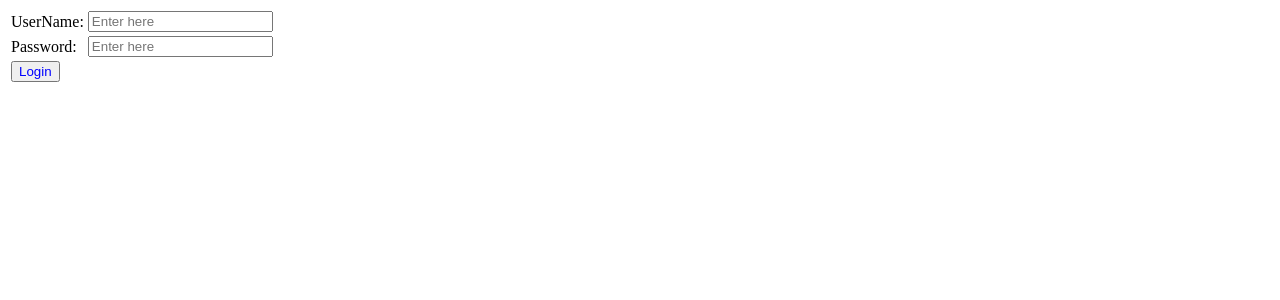
Repository: KnOX-07/eclipse-workspace
Page: WelcomeServ/src/main/webapp/index.html
These files come from the project's save history. The page is drawn as it stood at one moment and after the next save; the edit follows.
The browser window is 1280 px wide. The pictures show the whole page.

Above is the page before, as saved 2024-08-08 12:10:28.

After the next save:
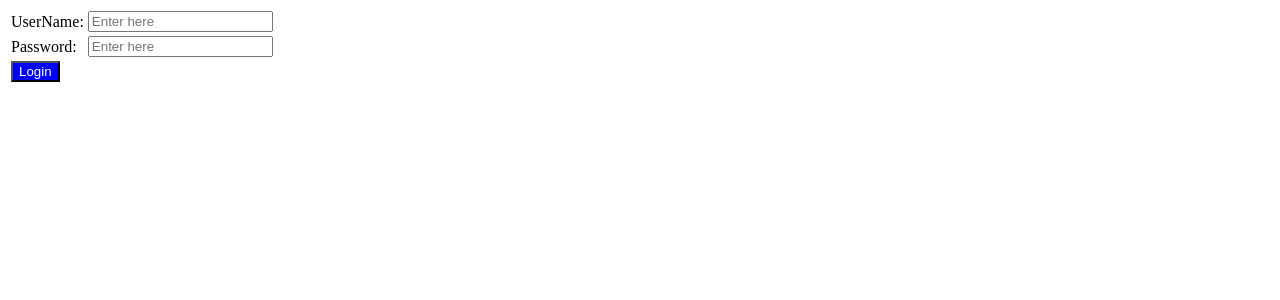
Saved 105 s later.
--- a/WelcomeServ/src/main/webapp/index.html
+++ b/WelcomeServ/src/main/webapp/index.html
@@ -18,7 +18,7 @@
                 </tr>
                 <tr>
                     <td>
-                        <button type="login" style='color:blue;'>Login</button>
+                        <button type="login" style="background-color: blue; color: white;">Login</button>
                     </td>
                 </tr>
             </table>
